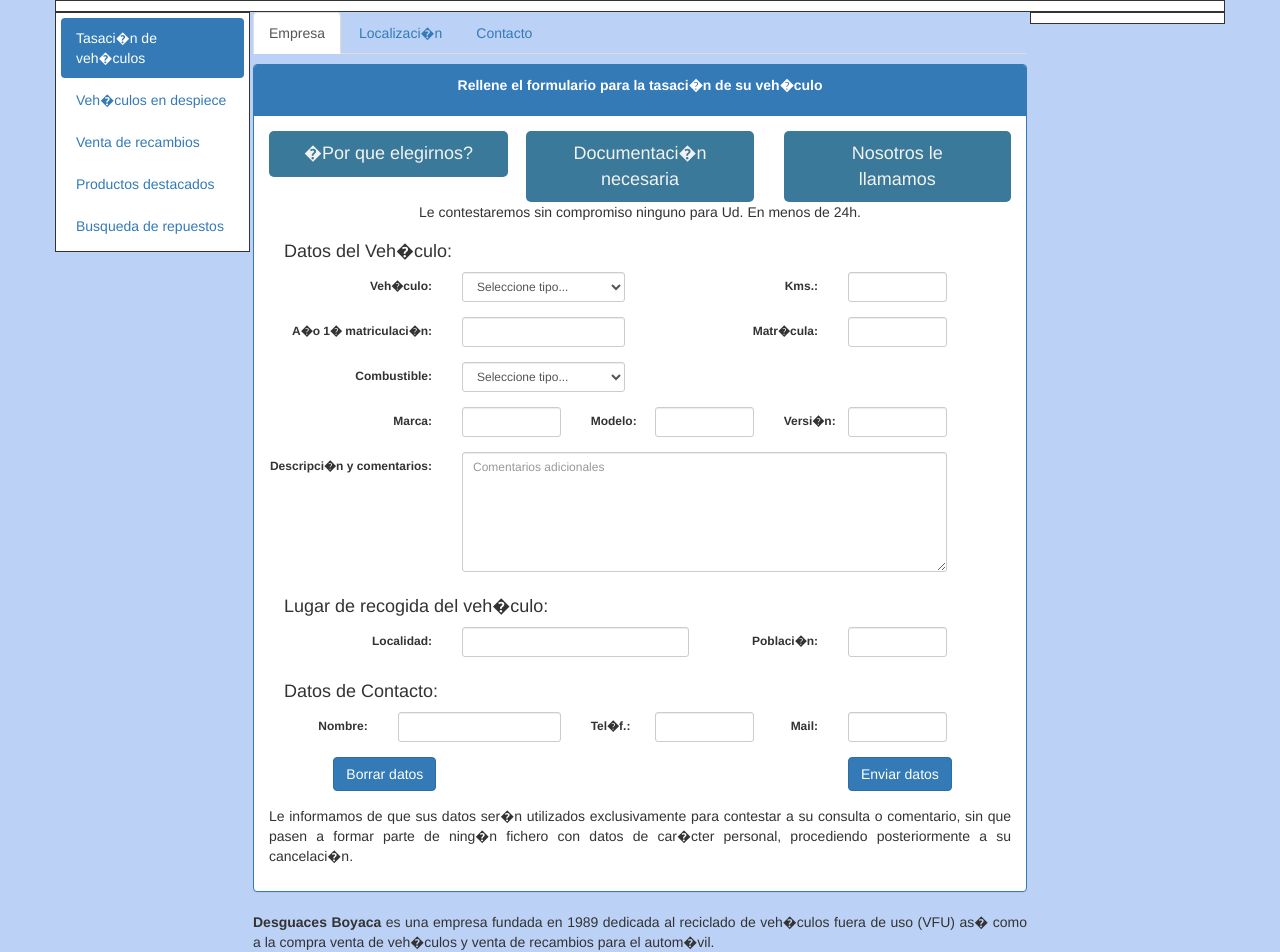
Repository: surrius/pruBoyaca
Page: http://localhost/
An editor plug-in stored every save of this project. The page is shown before and after the next save, followed by the edit.
The browser window is 1280 px wide. The pictures show the part of the page from y = 0 to 952 px (the page is 2693 px tall before and 2667 px after).
The page is run by PHP 8.4 with error messages shown; the project is at /var/www/html/.

Above is the page before, as saved 2016-03-02 10:52:48.

After the next save:
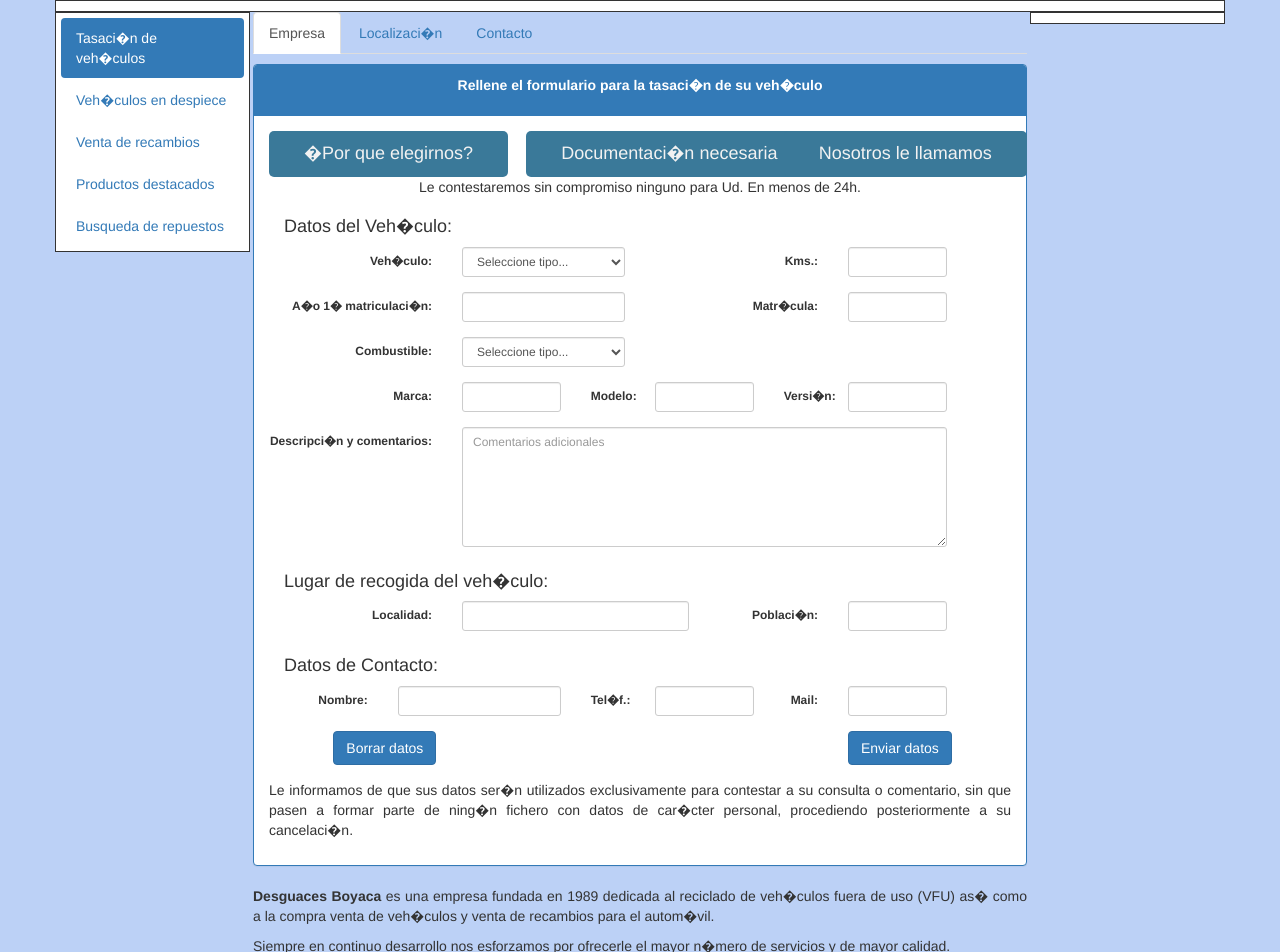
Saved 37 s later.
--- a/Boyaca/includes/menu2/tasacion.php
+++ b/Boyaca/includes/menu2/tasacion.php
@@ -11,10 +11,10 @@
 				<button id="botTasPorque" class="btn btn-primary bot-tasacion">¿Por que elegirnos?</button>
 			</div>
 			<div class="col-sm-4">
-				<button id="botTasDocu" class="bot-tasacion">Documentación necesaria</button>
+				<button id="botTasDocu" class="btn btn-primary bot-tasacion">Documentación necesaria</button>
 			</div>
 			<div class="col-sm-4">
-				<button id="botTasCall" class="bot-tasacion">Nosotros le llamamos</button>
+				<button id="botTasCall" class="btn btn-primary bot-tasacion">Nosotros le llamamos</button>
 			</div>
 		</div>
 
